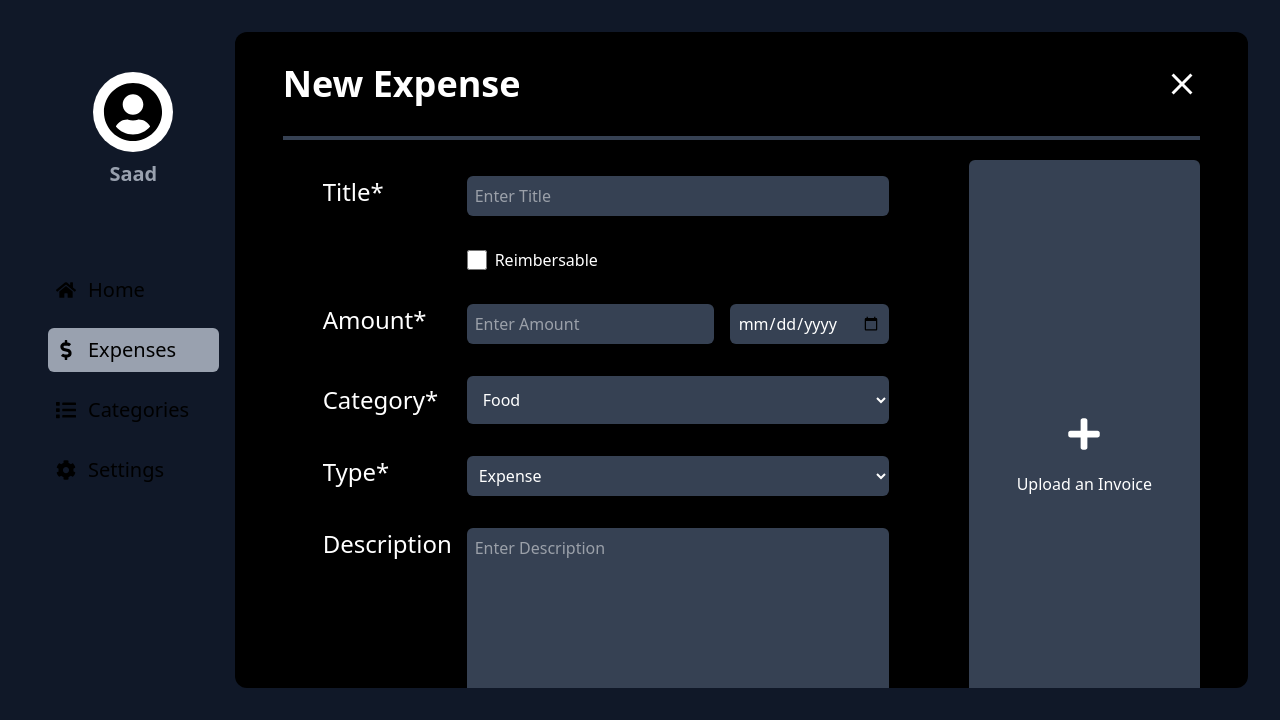
Repository: saad-naveed-brainx/Expense
Page: /expenses/new
The author's editor kept a copy of each file at every save. The page is drawn from the files as they stood at one save, then again after the next save.
The browser window is 1280 px wide. The pictures show the whole page.
An inner scrolling area shows only its first screen. The project was rebuilt for these pictures with package versions that can differ from the ones it lists, and the page was loaded fresh each time. Also part of the build but not shown: vite.config.js, src/components/LandingPage.jsx, src/components/ExpensesScreen.jsx, src/components/NotUsed.jsx.

Above is the page before, as saved 2025-09-05 23:33:16.

After the next save:
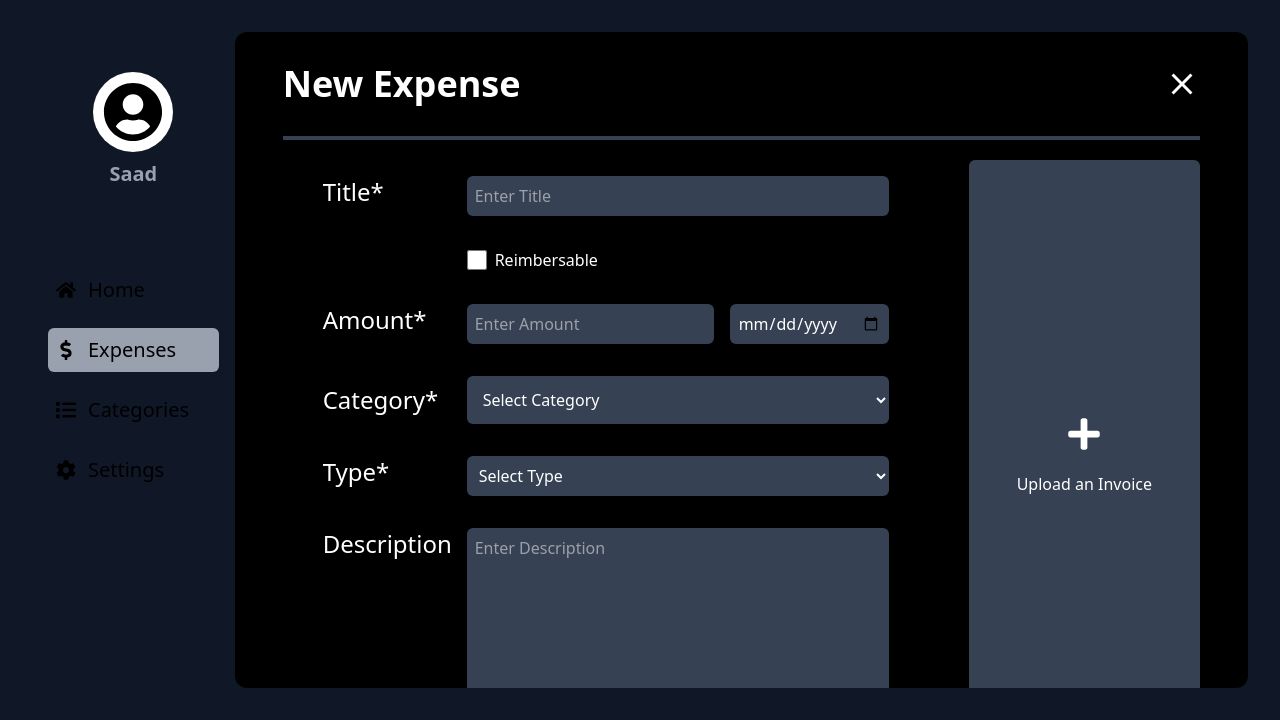
Saved 4 s later.
--- a/src/components/AddNewExpenses.jsx
+++ b/src/components/AddNewExpenses.jsx
@@ -107,11 +107,7 @@ export default function Expenses() {
             <div className='flex gap-4 items-center'>
               <h1 className='text-2xl w-32 shrink-0'>Category*</h1>
               <div className='flex-1 flex flex-col gap-1'>
-                <select
-                  className='bg-gray-700 rounded-md p-3 w-full text-white'
-                  // Remove defaultValue, let react-hook-form control value via setValue or defaultValues
-                  {...register("category", { required: "Category must be selected" })}
-                >
+                <select defaultValue={id ? expense.category : ""} className='bg-gray-700 rounded-md p-3 w-full text-white' {...register("category", { required:"Category must be selected" })}>
                   <option value="" disabled className='text-gray-400'>Select Category</option>
                   <option value="food">Food</option>
                   <option value="transport">Transport</option>
@@ -124,11 +120,7 @@ export default function Expenses() {
             <div className='flex gap-4 items-start'>
                 <h1 className='text-2xl w-32 shrink-0'>Type*</h1>
                 <div className='w-full flex flex-col gap-2'>
-                  <select
-                    className='bg-gray-700 rounded-md p-2 flex-1 min-w-0'
-                    // Remove defaultValue, let react-hook-form control value via setValue or defaultValues
-                    {...register("type", { required: "Type is required" })}
-                  >
+                  <select className='bg-gray-700 rounded-md p-2 flex-1 min-w-0' defaultValue={id ? expense.type : ""} {...register("type", { required: "Type is required" })}>
                     <option value="" disabled className='text-gray-400'>Select Type</option>
                     <option value="expense">Expense</option>
                     <option value="income">Income</option>
@@ -136,12 +128,6 @@ export default function Expenses() {
                   {errors.type && <p className="text-red-500 text-sm">{errors.type.message}</p>}
                 </div>
             </div>
-            {/*
-              To show default values in react-hook-form,
-              you should set them in useForm({ defaultValues: { ... } })
-              or use setValue in a useEffect when editing.
-              Remove defaultValue from <select> and let react-hook-form handle it.
-            */}
             <div className='flex gap-4 items-start'>
               <h1 className='text-2xl w-32 shrink-0'>Description</h1>
               <textarea rows="8" type="text" placeholder='Enter Description' className='bg-gray-700 rounded-md p-2 flex-1 min-w-0' {...register("description")} defaultValue={id ? expense.description : ""} />
